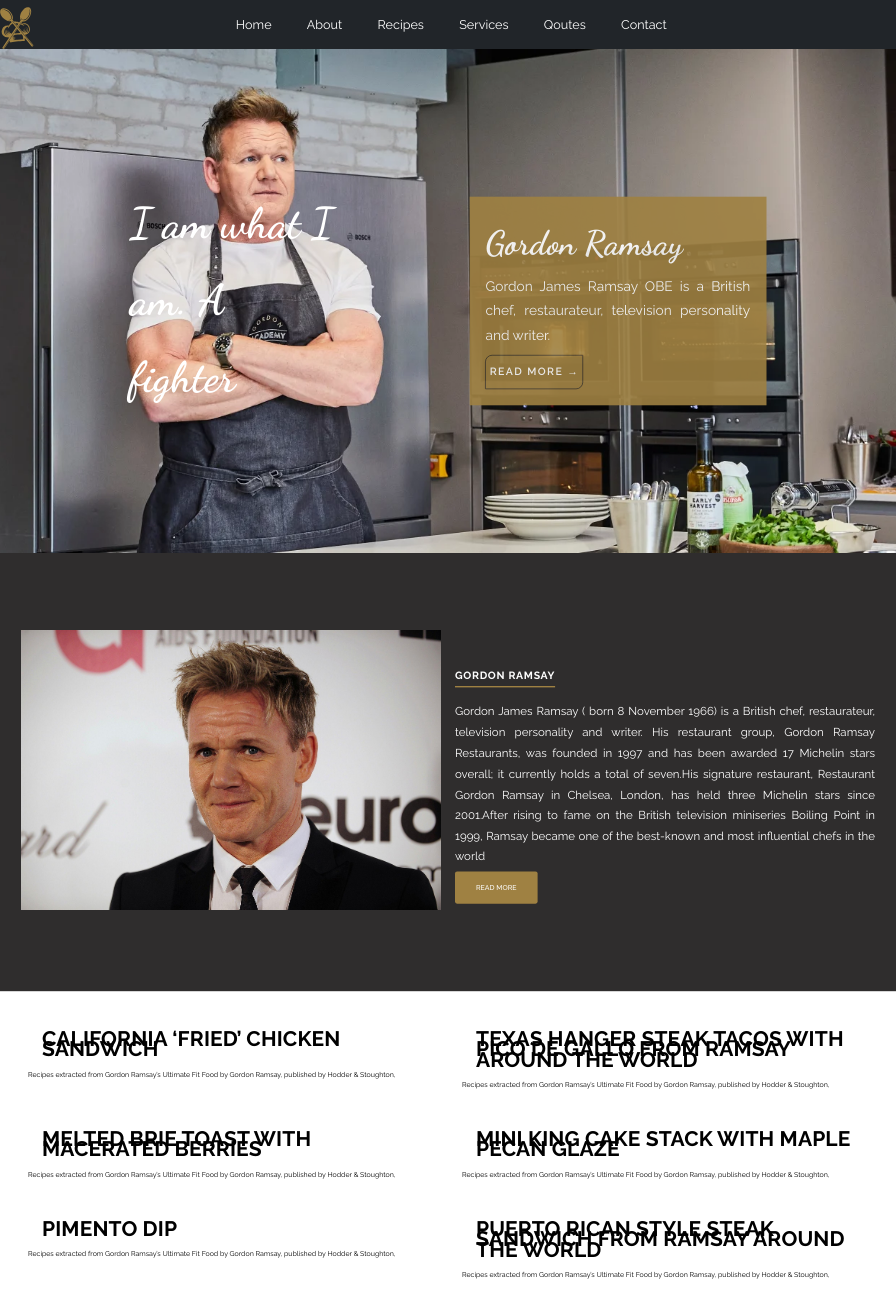
Repository: Esraa22M/Gordon-Ramsay-Biography
Page: index.html
An editor plug-in stored every save of this project. The page is shown before and after the next save, followed by the edit.
The browser window is 1280 px wide. The pictures show the whole page, at 70% of full size.
Backgrounds fixed to the window are drawn as part of the page. Some web libraries are served in a nearby version.

Above is the page before, as saved 2022-12-15 23:37:28.

### index.html
<!DOCTYPE html>
<html lang="en">

<head>
    <meta charset="UTF-8">
    <meta http-equiv="X-UA-Compatible" content="IE=edge">
    <meta name="viewport" content="width=device-width, initial-scale=1.0">
    <title>Gordon-Ramsay-Biography
    </title>
    <!-- google fonts -->
    <link rel="preconnect" href="https://fonts.googleapis.com">
    <link rel="preconnect" href="https://fonts.gstatic.com" crossorigin>
    <link
        href="https://fonts.googleapis.com/css2?family=Dancing+Script:wght@400;500;600;700&family=Raleway:ital,wght@0,100;0,200;0,300;0,400;0,500;0,600;0,700;0,800;0,900;1,100;1,200;1,300;1,400;1,500;1,600;1,700;1,800;1,900&display=swap"
        rel="stylesheet">
    <link href="https://fonts.googleapis.com/css2?family=Dancing+Script:wght@400;500;600;700&display=swap"
        rel="stylesheet">

    <!-- external style -->
    <link rel="stylesheet" href="style.css" />
    <!-- fontawsome -->
    <script src="https://kit.fontawesome.com/8684e53235.js" crossorigin="anonymous"></script>
    <!-- scripts -->
    <script src="main.js" defer></script>
</head>

<body>
    <!-- Asidebar Nav-->
    <!-- <aside id="aside-nav">
        <div class="aside--nav__content">
            <img src="./img/chef-logo.svg" alt="side Navbar logo" class="aside--nav__content__logo" loading="lazy">

            <nav class="aside-nav__content__nav" role="side nav">
                <ul class="aside--nav__content__nav--social">
                    <li><a href="#"><i class="fab fa-facebook-f"></i></a></li>
                    <li><a href="#"><i class="fab fa-twitter"></i></a></li>
                    <li><a href="#"><i class="fab fa-linkedin-in"></i></a></li>
                    <li><a href="#"><i class="fab fa-instagram"></i></a></li>
                    <li><a href="#"><i class="fab fa-dribbble"></i></a></li>
                    <li><a href="#"><i class="fa-brands fa-pinterest"></i></a></li>
                </ul>
            </nav>
        </div>
    </aside> -->
    <!-- Main Content -->
    <main>
        <header id="header">
            <div class="primary-nav-container">
                <img src="./img/chef-logo.svg" alt="side Navbar logo" class="aside--nav__content__logo" loading="lazy">

                <!-- hamburger icon -->
                <div class="header__primary-nav--hamburger">
                    <div class="line line-1"></div>
                    <div class="line line-2"></div>
                    <div class="line line-3"></div>
                </div>
                <!-- Primary Nav -->
                <nav id="header__primary-nav">

                    <ul class="header__primary-nav-links">
                        <li class="header__primary-nav-links--link-item"><a href="#"
                                class="header__primary-nav--nav-link">Home</a></li>
                        <li class="header__primary-nav-links--link-item"><a href="#"
                                class="header__primary-nav--nav-link">About</a></li>
                        <li class="header__primary-nav-links--link-item"><a href="#"
                                class="header__primary-nav--nav-link">Recipes</a></li>
                        <li class="header__primary-nav-links--link-item"><a href="#"
                                class="header__primary-nav--nav-link">Services</a></li>
                        <li class="header__primary-nav-links--link-item"><a href="#"
                                class="header__primary-nav--nav-link">Qoutes</a></li>
                        <li class="header__primary-nav-links--link-item"><a href="#"
                                class="header__primary-nav--nav-link">Contact</a></li>
                    </ul>
                </nav>
            </div>
        </header>
        <!-- hero section -->
        <section id="show-case">
            <h1 class="show-case__word">I am what I am. A fighter</h1>
            <div class="show-case__content">
                <h1 class="show-case__content-title"> Gordon Ramsay
                </h1>
                <p class="show-case__content--bio">Gordon James Ramsay OBE is a British chef,
                    restaurateur, television personality and
                    writer.
                </p>
                <a href="#" class="show-case__content--link">Read More &#8594
                </a>
            </div>
        </section>
        <!-- About me section -->
        <section id="about-chef">
            <div class="about-chef__img">
                <img src="./img/Dishes/aboutMe.jpg" alt="Gorden Ramzy" />
            </div>
            <div class="about-chef__content">
                <h2 class="about-chef__content--header"> Gordon Ramsay</h2>
                <p class="about-chef__content--description">Gordon James Ramsay ( born 8 November 1966) is a British
                    chef, restaurateur, television
                    personality and
                    writer. His restaurant group, Gordon Ramsay Restaurants, was founded in 1997 and has been awarded 17
                    Michelin stars
                    overall; it currently holds a total of seven.His signature restaurant, Restaurant Gordon Ramsay in
                    Chelsea,
                    London, has held three Michelin stars since 2001.After rising to fame on the British television
                    miniseries Boiling
                    Point in 1999, Ramsay became one of the best-known and most influential chefs in the world</p>
                <a href="#" class="about-chef__content--link">Read More</a>
            </div>
        </section>
        <!-- work section -->
        <section id="work">
            <div class="work__card">
                <!-- <img src="./img/Dishes/California-fried-chicken-sandwich.png" alt="recipe" loading="lazy" /> -->
                <section id="recipe">
                    <h2 class="recipe__name">CALIFORNIA ‘FRIED’ CHICKEN SANDWICH
                    </h2>
                    <p class="recipe__description">
                        Recipes extracted from Gordon Ramsay’s Ultimate Fit Food by Gordon Ramsay, published by Hodder &
                        Stoughton,
                    </p>
                </section>
            </div>
            <div class="work__card">
                <!-- <img src="./img/Dishes/CroppedFocusedImage.jpg" alt="recipe" loading="lazy" /> -->
                <section id="recipe">
                    <h2 class="recipe__name">TEXAS HANGER STEAK TACOS WITH PICO DE GALLO FROM RAMSAY AROUND THE WORLD

                    </h2>
                    <p class="recipe__description">
                        Recipes extracted from Gordon Ramsay’s Ultimate Fit Food by Gordon Ramsay, published by Hodder &
                        Stoughton,
                    </p>
                </section>
            </div>
            <div class="work__card">
                <!-- <img src="./img/Dishes/FruitsCake.png" alt="recipe" loading="lazy" /> -->
                <section id="recipe">
                    <h2 class="recipe__name">MELTED BRIE TOAST WITH MACERATED BERRIES


                    </h2>
                    <p class="recipe__description">
                        Recipes extracted from Gordon Ramsay’s Ultimate Fit Food by Gordon Ramsay, published by Hodder &
                        Stoughton,
                    </p>
                </section>
            </div>
            <div class="work__card">
                <!-- <img src="./img/Dishes/KingCake.jpg" alt="recipe" loading="lazy" /> -->
                <section id="recipe">
                    <h2 class="recipe__name">MINI KING CAKE STACK WITH MAPLE PECAN GLAZE

                    </h2>
                    <p class="recipe__description">
                        Recipes extracted from Gordon Ramsay’s Ultimate Fit Food by Gordon Ramsay, published by Hodder &
                        Stoughton,
                    </p>
                </section>
            </div>
            <div class="work__card">
                <!-- <img src="./img/Dishes/Lean-MACHINE-chicken-skewers.jpg" alt="recipe" loading="lazy" /> -->
                <section id="recipe">
                    <h2 class="recipe__name">PIMENTO DIP
                    </h2>
                    <p class="recipe__description">
                        Recipes extracted from Gordon Ramsay’s Ultimate Fit Food by Gordon Ramsay, published by Hodder &
                        Stoughton,
                    </p>
                </section>
            </div>
            <div class="work__card">
                <!-- <img src="./img/Dishes/Mushroomtoast.jpg" alt="recipe" loading="lazy" /> -->
                <section id="recipe">
                    <h2 class="recipe__name">PUERTO RICAN STYLE STEAK SANDWICH FROM RAMSAY AROUND THE WORLD
                    </h2>
                    <p class="recipe__description">
                        Recipes extracted from Gordon Ramsay’s Ultimate Fit Food by Gordon Ramsay, published by Hodder &
                        Stoughton,
                    </p>
                </section>
            </div>
        </section>

    </main>
</body>

</html>

### style.css
*,
*::after,
*::before {
  box-sizing: border-box;
  margin: 0;
  padding: 0;
}
/* utility components */
:root {
  font-size: 62.5%;
  /* colors */
  --clr-neutral-200: rgb(47, 45, 45);
  --clr-neutral-100: #212529;
  --clr-light: #ffff;
  --clr-primary: rgb(159, 129, 66);
  --ff-primary: "Raleway", sans-serif;

  --ff-secondary: "Dancing Script", cursive;
}
body {
  font-family: var(--ff-primary);
  line-height: 1.8;
  display: flex;
  width: 100vw;
}
ul {
  list-style: none;
}
:where(a:link),
:where(a:visited) {
  text-decoration: none;
  cursor: pointer;
  color: var(--clr-light);
}
/* -------------------Main Styling-------*/
/* ---side nav-- */
#aside-nav {
  position: sticky;
  /* top: 0; */
  /* left: 0; */
    z-index: 1100;
  background-color: lightgray;
  /* height: 100vh; */
}
.aside--nav__content {
  display: flex;
  justify-content: space-between;
  /* height: 100vh; */
  /* display: flex;
  flex-direction: column;
  justify-content: space-between;
  background-color: lightgray;
  align-items: center; */
}
.aside-nav__content__nav{
  display: flex;
  flex:1;
}
.aside-nav__content__nav ul {
  /* height: 100%; */
  display: flex;
  width: 100%;
  justify-content: space-evenly;
  align-items: center;
}
.aside--nav__content__logo {
  margin-top: 1rem;
  height: calc(3vw + 3vh);
  object-fit: cover;
}
/* Main content */
main {
  flex: 1;
}
/* ---Primary Nav ---*/
header#header {
  background-color: var(--clr-neutral-100);
  width: 100%;
   position: sticky;
  top:0;
  z-index: 1000;
  right: 0;
}
.primary-nav-container{
  display: flex;
  align-items: center;
  justify-content: space-between;
}
.navbar__scroll--style{
  background-color: var(--clr-light);
}
.navbar__scroll--style-link{
    color: var(--clr-neutral-100);

}
:where(#header__primary-nav) {

  height: calc(3vw + 3vh);
  width: 100%;
}
.header__primary-nav-links {
  display: flex;
  height: 100%;
  justify-content: center;
  align-items: center;

}
.header__primary-nav-links .header__primary-nav-links--link-item {
  padding-right: 3vw;

}
.header__primary-nav--nav-link {
  font-size: 1.8rem;
  text-transform: capitalize;
  position: relative;
  padding: 0.2rem 0.6rem;
}
.header__primary-nav--nav-link:link::before,
.header__primary-nav--nav-link:visited::before,
.header__primary-nav--nav-link:link::after,
.header__primary-nav--nav-link:visited::after {
  content: "";
  position: absolute;
  left: 0;
  width: 100%;
  height: 0.25rem;
  background-color: var(--clr-primary);
  transform: scaleX(0);
  transition: transform 0.6s cubic-bezier(1, 0, 0, 1);
}
.header__primary-nav--nav-link:link::before,
.header__primary-nav--nav-link:visited::before {
  top: 0;
  transform-origin: right;
}
.header__primary-nav--nav-link:link::after,
.header__primary-nav--nav-link:visited::after {
  bottom: 0;
  transform-origin: left;
}
.header__primary-nav--nav-link:hover::before,
.header__primary-nav--nav-link:active::before,
.header__primary-nav--nav-link:hover::after,
.header__primary-nav--nav-link:active::after {
  transform: scaleX(1);
}
/*-------------showcase section---------------*/
section#show-case {
  background-image: url("./img/GRA_Gordon_010921.webp");
  background-size: cover;
  object-fit: cover;
  background-attachment: fixed;
  background-position: 20%;
  height: 100vh;
  color: var(--clr-light);
  display: flex;
  justify-content: space-evenly;
  padding: 5rem 0;
  align-items: center;
}
.show-case__content {
  background-color: var(--clr-primary);
  opacity: 0.9;
  padding: calc(1rem + 1vw);
  min-height: calc(4rem + 20vmax);
  width: calc(4rem + 30vmax);
  display: flex;
  flex-direction: column;
  justify-content: space-between;
  animation: hero 2s ease-in-out;
}
@keyframes hero {
  0% {
    transform: translateX(-60rem) rotate(369deg);
    opacity: 0;
  }
  100% {
    transform: translateX(0);
    opacity: 1;
  }
}
.show-case__word {
  width: 30rem;
  font-size: calc(1rem + 4vw);
}
.show-case__content-title {
  font-size: calc(1rem + 3vw);
}
.show-case__content-title,
.show-case__word {
  font-family: var(--ff-secondary);
}
.show-case__content--bio {
  font-size: calc(1rem + 0.75vw);
  text-align: justify;
}
.show-case__content--link:visited,
.show-case__content--link:link {
  padding: 1rem 0;
  transition: all 0.5s ease-in-out;
  width: 14rem;
  text-align: center;
  margin-top: 1rem;

  text-transform: uppercase;
  font-size: 1.5rem;
  position: relative;
  border: 1px solid var(--clr-neutral-200);
  border-bottom-right-radius: 1rem 1rem;
  border-top-left-radius: 1rem 1rem;
  font-weight: 600;
  letter-spacing: 0.2rem;
}
.show-case__content--link:visited::after,
.show-case__content--link:link::after {
  content: "";
  position: absolute;
  z-index: -2;
  inset: 0;
  background-color: var(--clr-neutral-200);
  transform: scaleX(0);
  transform-origin: right;
  transition: transform 0.4s;
}
.show-case__content--link:visited:hover,
.show-case__content--link:link:hover {
  border-radius: unset;
  border: unset;
}
.show-case__content--link:hover::after,
.show-case__content--link:active::after {
  transform: scaleX(1);
  transform-origin: left;
}

/* work section */
section#work {
  display: flex;
  flex-wrap: wrap;
  justify-content: center;
  padding: 2rem;
}
div.work__card {
  padding: 2rem;
  flex-grow: 1;
  flex-basis: 60rem;
}
div.work__card img {
  width: 100%;
  height: 100%;
  object-fit: cover;
}
/*recipe*/
#recipe{
  font-weight: 400;
  font-family: var(--ff-primary);
}
.recipe__name{

  letter-spacing: 0.2px;
  font-size: 3rem;
  text-transform: uppercase;
  line-height: 1.5rem;
  text-align: left;
  padding: 2rem;
}
.recipe__description{
}
/* ---About Chef---- */
section#about-chef {
  display: flex;
  justify-content: space-around;
  align-items: center;
  flex-wrap: wrap;
  padding: 10rem 2rem;
  color: var(--clr-light);
  background-color: var(--clr-neutral-200);
}
.about-chef__img,
.about-chef__content {
  flex-basis: 60rem;
  flex-grow: 1;
  padding: 1rem;
}
.about-chef__img img {
  max-width: 100%;
  height: 100%;
  object-fit: cover;
}
.about-chef__content--header {
  text-transform: uppercase;
  position: relative;
  width: fit-content;
  letter-spacing: 0.1rem;
  margin: 2rem 0;
  padding: 0.25em 0;
  flex-grow: 0;
  font-size: var(2rem + 4vw);
}
.about-chef__content--header::after {
  content: "";
  position: absolute;
  width: 100%;
  bottom: 0;
  left: 0;
  height: 0.25rem;
  background-color: var(--clr-primary);
}
.about-chef__content--description {
  font-size: calc(1rem + 0.5vw);
  margin-bottom: 2rem;
  text-align: justify;
}
.about-chef__content--link:link,
.about-chef__content--link:visited {
  background-color: var(--clr-primary);
  line-height: 1.9;
  margin-top: 1em;
  padding: 1.75em 3em;
  font-size: 1rem;
  font-weight: 500;
  text-transform: uppercase;
  border-radius: 0.3em;
  transform: all 0.5s;

  transition-timing-function: linear;
}
.about-chef__content--link:link:hover,
.about-chef__content--link:visited:hover {
  background-color: var(--clr-neutral-200);
  border: 1px solid var(--clr-primary);
}

@media screen and (max-width: 950px) {
  /* aside */
  body{
    flex-direction: column-reverse;
  }
  /*showcase section**/
  section#show-case {
    background-image: url(./img/GRA_Gordon.png);
    justify-content: space-evenly;
    align-items: flex-end;
    flex-direction: column;
    background-position: 10%;
  }
  .show-case__content,
  .show-case__word {
    width: 50%;
    margin-right: 1rem;
  }

}
/* max width (610px) */
@media screen and (max-width: 610px) {

  .primary-nav-container {
    position: relative;

  }
  :where(#header__primary-nav) {
    width: 30rem;
    height: 100%;
    position: fixed;
    background-color: var(--clr-neutral-200);
    top: 0;
    right: 0;
    z-index: 100;
    opacity: 0;
    text-align: center;
  }
  .main__nav--position {
    opacity: 1;
  }
  .header__primary-nav-links {
    flex-direction: column;
    align-items: flex-start;
  }
/* aside */
.aside--nav__content__nav--social a i {
    font-size: calc(1rem + 2vw);
  }
  /* .header__primary-nav-links::after {
    content: "";
    position: absolute;
    height: 50%;
    width: 50%;
    opacity: 0.8;
    z-index: -1;
    border-radius: 10px 5% / 20px 25em 30px 35em;

    background-color: var(--clr-neutral-100);
    box-shadow: 0 0 0.3rem 0.1rem var(--clr-primary);
    left: 2rem;
  } */
.primary-nav-container{
  padding: 1.5rem 1rem;
}
  .header__primary-nav-links :where(.header__primary-nav-links--link-item) {
    margin-bottom: 4vh;
    margin-left: 6vw;
    opacity: 0;
  }

  .header__primary-nav--hamburger {
    width: 5rem;
    height: 5rem;
    position: fixed;
    z-index: 200;
    top: 2rem;
    right: 3rem;
    background-color: var(--clr-neutral-200);
    cursor: pointer;
    border-radius: 50%;
    padding: 1rem;
    display: flex;
    flex-direction: column;
    justify-content: space-around;
  }
  .line {
    width: 100%;
    height: 0.3rem;
    background-color: var(--clr-light);
    border-radius: 0.2rem;
    transition: all 0.4s ease-in-out;
  }
  .primary-nav-container[aria-expanded="true"] .line-1 {
    transform: rotateZ(-405deg) translate(-1.25rem);
  }
  .primary-nav-container[aria-expanded="true"] .line-2 {
    opacity: 0;
  }
  .primary-nav-container[aria-expanded="true"] .line-3 {
    transform: rotateZ(45deg) translate(-1.5rem);
  }
  .fade {
    opacity: 1;
  }
  section#show-case {
    background-position: 10%;
    align-items: center;
  }
  .show-case__content,
  .show-case__word {
    width: 80%;
  }
}

### main.js
"use strict";
/*----------primary nav------------*/
const mainNavContainer = document.querySelector(".primary-nav-container");
const hamburgerContainer = document.querySelector("#header__primary-nav");
const hamburger = document.querySelector(".header__primary-nav--hamburger");
const links = document.querySelectorAll(".header__primary-nav-links li");
let handleMainNavbarExpantion = function () {
  hamburgerContainer.classList.contains("main__nav--position")
    ? mainNavContainer.setAttribute("aria-expanded", false)
    : mainNavContainer.setAttribute("aria-expanded", true);
  hamburgerContainer.classList.toggle("main__nav--position");
  links.forEach((link, i) => {
    link.style.transition = `all 0.5s ease-in-out ${i * 0.2 + 0.2}s`;
    link.classList.toggle("fade");
  });
};
hamburger.addEventListener("click", handleMainNavbarExpantion);
///////////////////////////////////////
// Button scrolling
const readMoreButton = document.querySelector(".show-case__content--link");
console.log(readMoreButton);
const aboutChefSection = document.querySelector("#about-chef");
readMoreButton.addEventListener("click", function (e) {
  e.preventDefault();
  aboutChefSection.scrollIntoView({
    behavior: "smooth",
  });
});
////////////////////////////////////////////
/////Sticky Navbar scrolling behaviour///
const showCase = document.querySelector("#show-case");
const headerPrimaryNav = document.querySelector("#header__primary-nav");
const headerPrimaryNavLink = document.querySelectorAll(
  ".header__primary-nav--nav-link"
);
const stuckyObserverCallBack = function (enteries, observer) {
  const [entry] = enteries;
  //.navbar__scroll--style
  if (!entry.isIntersecting) {
    headerPrimaryNav.classList.add("navbar__scroll--style");
    headerPrimaryNavLink.forEach((link) =>
      link.classList.add("navbar__scroll--style-link")
    );
  } else {
    headerPrimaryNav.classList.remove("navbar__scroll--style");
    headerPrimaryNavLink.forEach((link) =>
      link.classList.remove("navbar__scroll--style-link")
    );
  }
};
const observerOptions = {
  root: null,
  threshold: 0.1,

};
const observer = new IntersectionObserver(
  stuckyObserverCallBack,
  observerOptions
);
observer.observe(showCase);

Loaded but not shown: img/chef-logo.svg (8 lines, source omitted)

After the next save:
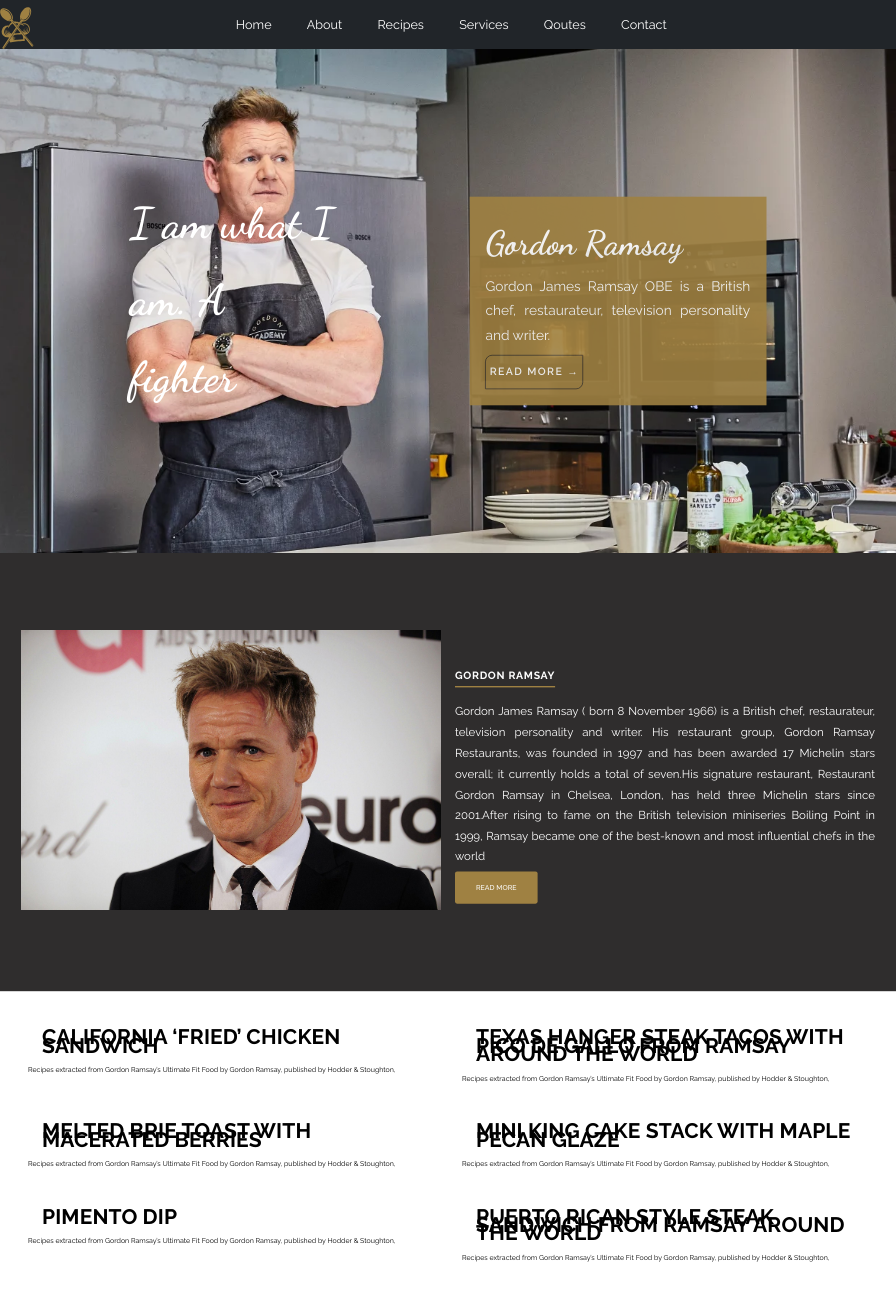
Saved 11 s later.
--- a/style.css
+++ b/style.css
@@ -260,7 +260,7 @@
   letter-spacing: 0.2px;
   font-size: 3rem;
   text-transform: uppercase;
-  line-height: 1.5rem;
+  line-height: 1.2rem;
   text-align: left;
   padding: 2rem;
 }
